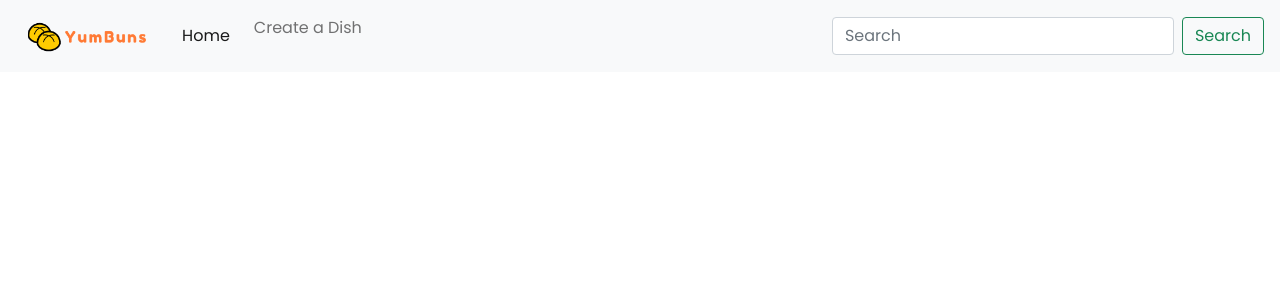
Repository: mottad14/yumBuns
Page: /login (app in client/)
An editor plug-in stored every save of this project. The page is shown before and after the next save, followed by the edit.
The browser window is 1280 px wide. The pictures show the whole page.
Some web fonts or font styles are not loaded; a fallback is used. The project was rebuilt for these pictures with package versions that can differ from the ones it lists, and the page was loaded fresh each time. Also part of the build but not shown: client/src/components/RecipePreview.js, client/src/views/Main.js, client/src/views/Create.js, client/src/views/Recipe.js, client/src/components/SubscribePop.css, client/src/components/SignUp.jsx, client/src/components/SubscribePop.js.

Above is the page before, as saved 2022-07-29 10:11:19.

After the next save:
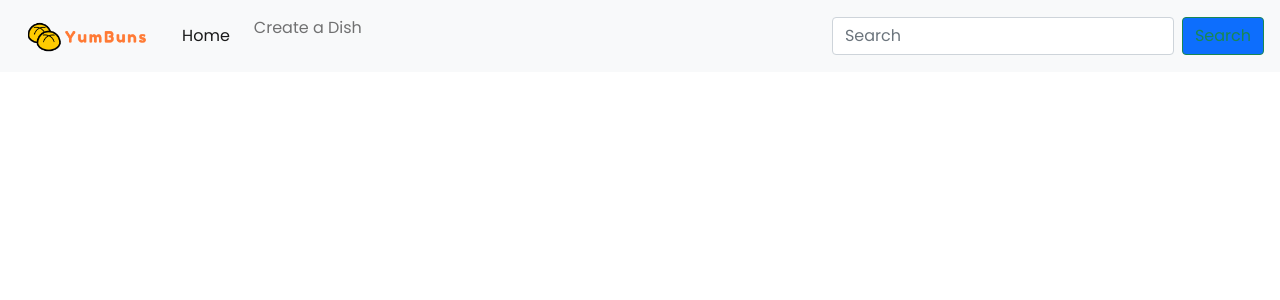
Saved 2 min 2 s later.
--- a/client/src/components/NavBar.js
+++ b/client/src/components/NavBar.js
@@ -23,7 +23,7 @@
                 </ul>
                 <form className="d-flex mx-3" role="search">
                     <input className="form-control me-2" type="search" placeholder="Search" aria-label="Search" />
-                    <button className="btn btn-outline-success" type="submit">Search</button>
+                    <Button className="btn btn-outline-success" type="submit">Search</Button>
                 </form>
             </div>
     </Navbar>

After the save that followed:
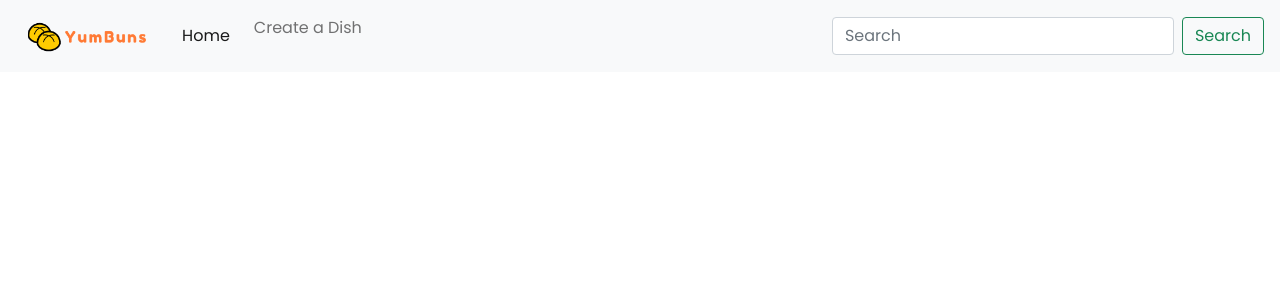
Saved 24 s later.
--- a/client/src/components/NavBar.js
+++ b/client/src/components/NavBar.js
@@ -23,7 +23,7 @@
                 </ul>
                 <form className="d-flex mx-3" role="search">
                     <input className="form-control me-2" type="search" placeholder="Search" aria-label="Search" />
-                    <Button className="btn btn-outline-success" type="submit">Search</Button>
+                    <button className="btn btn-outline-success" type="submit">Search</button>
                 </form>
             </div>
     </Navbar>
